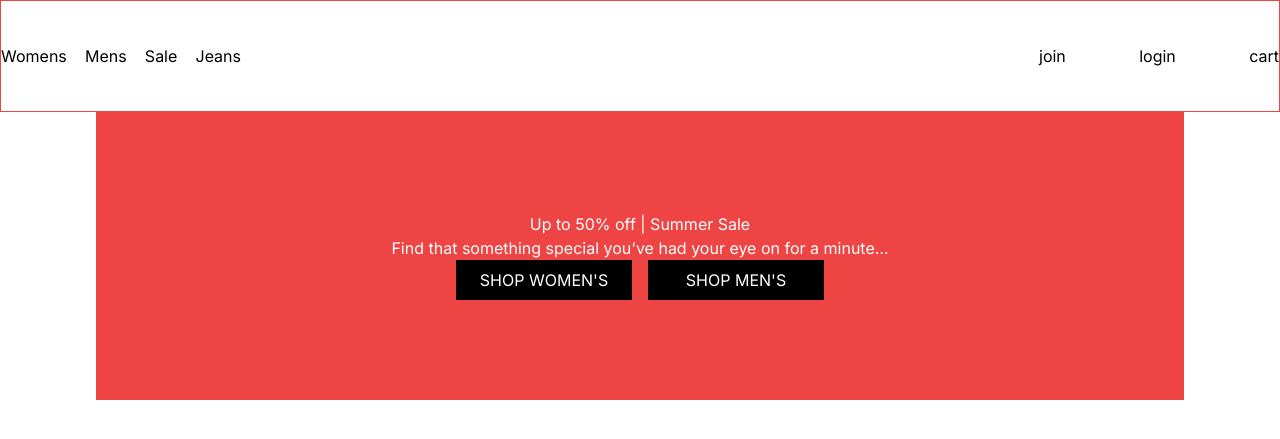
Repository: harrywebb21/stil-clothing
Page: /
An editor plug-in stored every save of this project. The page is shown before and after the next save, followed by the edit.
The browser window is 1280 px wide. The pictures show the whole page.
The project was rebuilt for these pictures with package versions that can differ from the ones it lists, and the page was loaded fresh each time. The framework's server and built-in components were replaced by stand-ins that run in the browser. Also part of the build but not shown: next.config.js.

Above is the page before, as saved 2023-06-08 16:09:56.

After the next save:
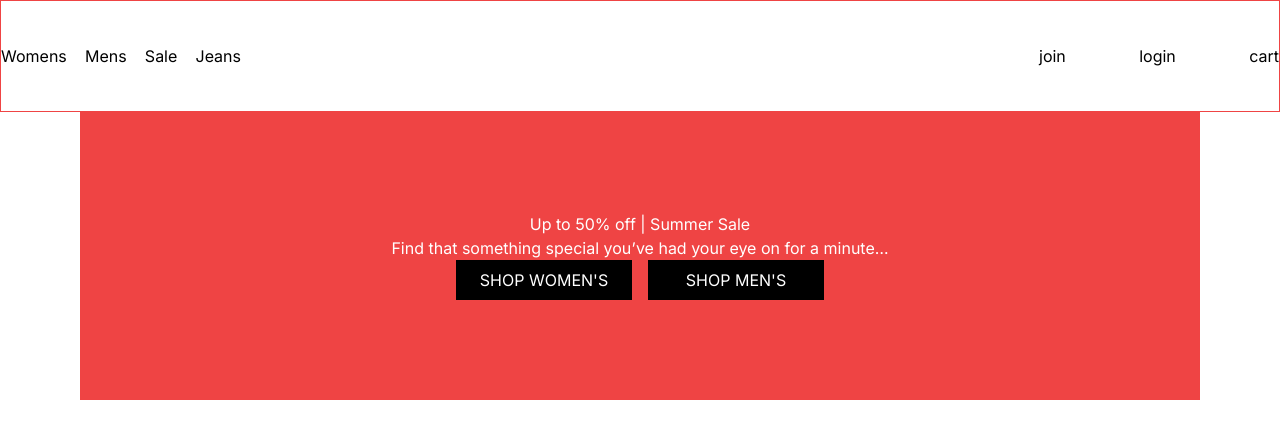
Saved 23 s later.
--- a/src/app/page.js
+++ b/src/app/page.js
@@ -7,7 +7,7 @@ export default function Home() {
   return (
     <div>
       <Navbar />
-      <div className="flex justify-center items-center px-24">
+      <div className="flex justify-center items-center px-20">
         <SaleBox />
       </div>
     </div>
